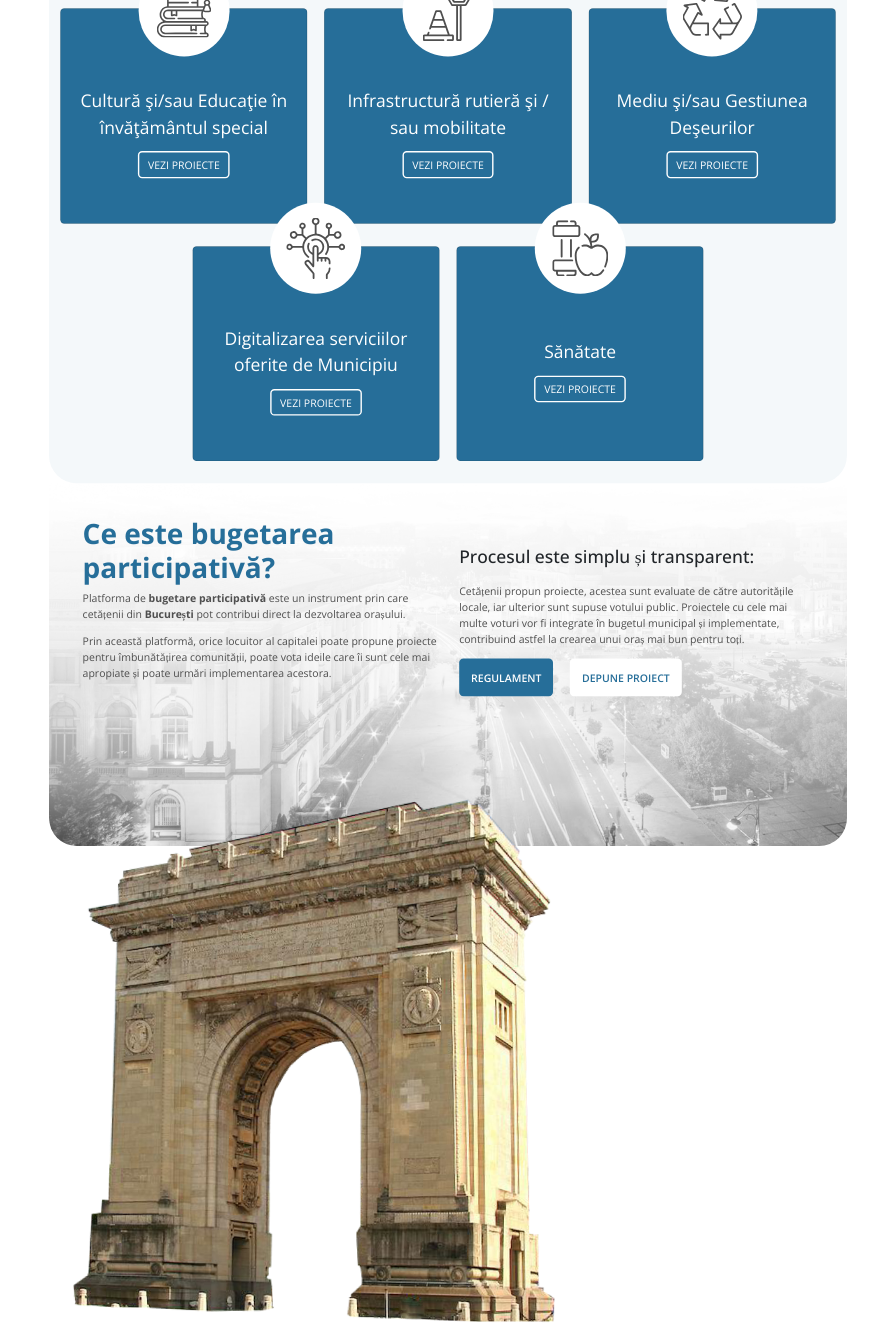
Repository: cosmin05072018/webis-task
Page: index.html
The author's editor kept a copy of each file at every save. The page is drawn from the files as they stood at one save, then again after a run of saves.
The browser window is 1280 px wide. The pictures show the part of the page from y = 1414 to 3334 px (the page is 3334 px tall before and 3184 px after), at 70% of full size.

Above is the page before, as saved 2024-10-06 13:00:54.

After the next 2 saves:
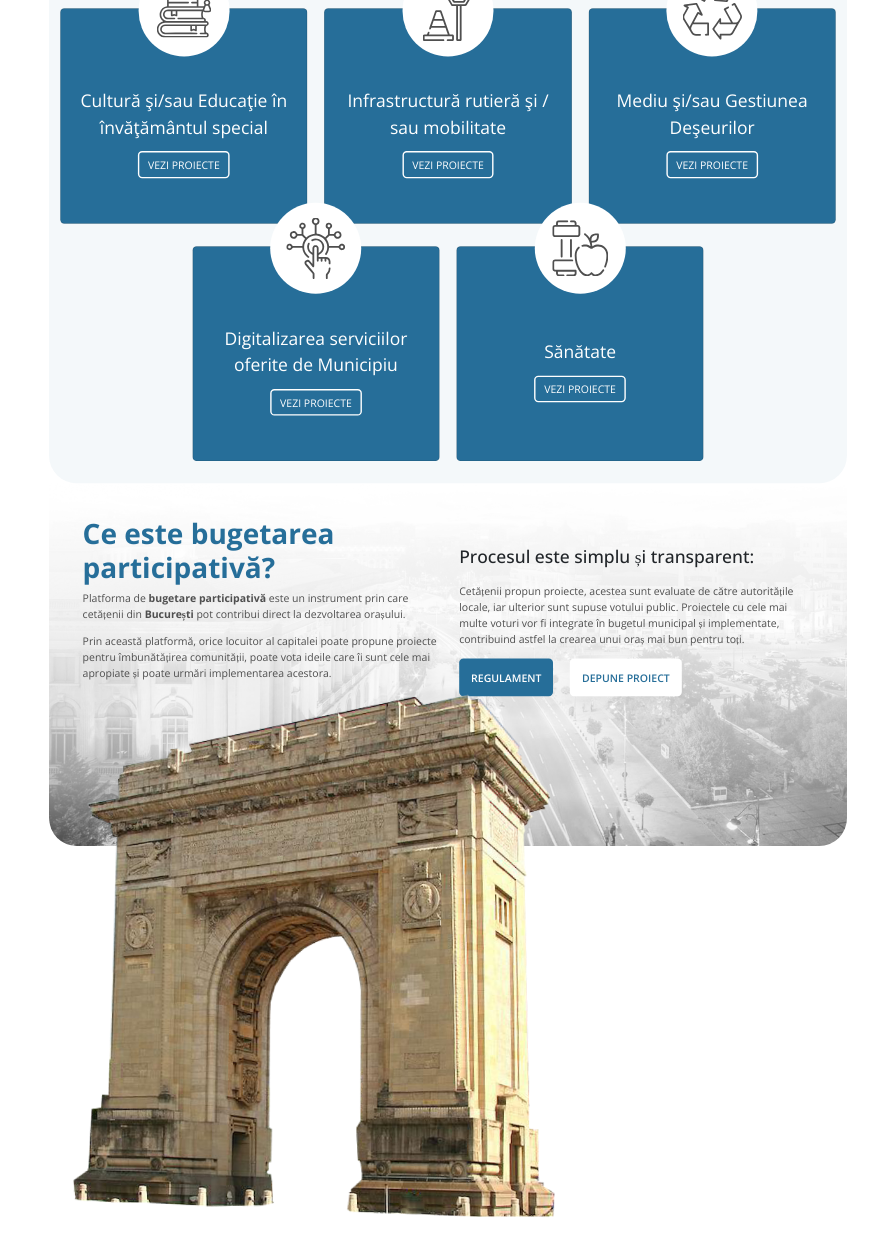
The 2 saves are shown as one change because they came seconds apart.
The last was saved 16 s later.
--- a/assets/css/style.css
+++ b/assets/css/style.css
@@ -375,7 +375,7 @@
 }
 
 .list-steps .left-section img {
-  margin-top: -100px !important;
+  margin-top: -250px !important;
 }
 
 @media (max-width: 1200px) {
